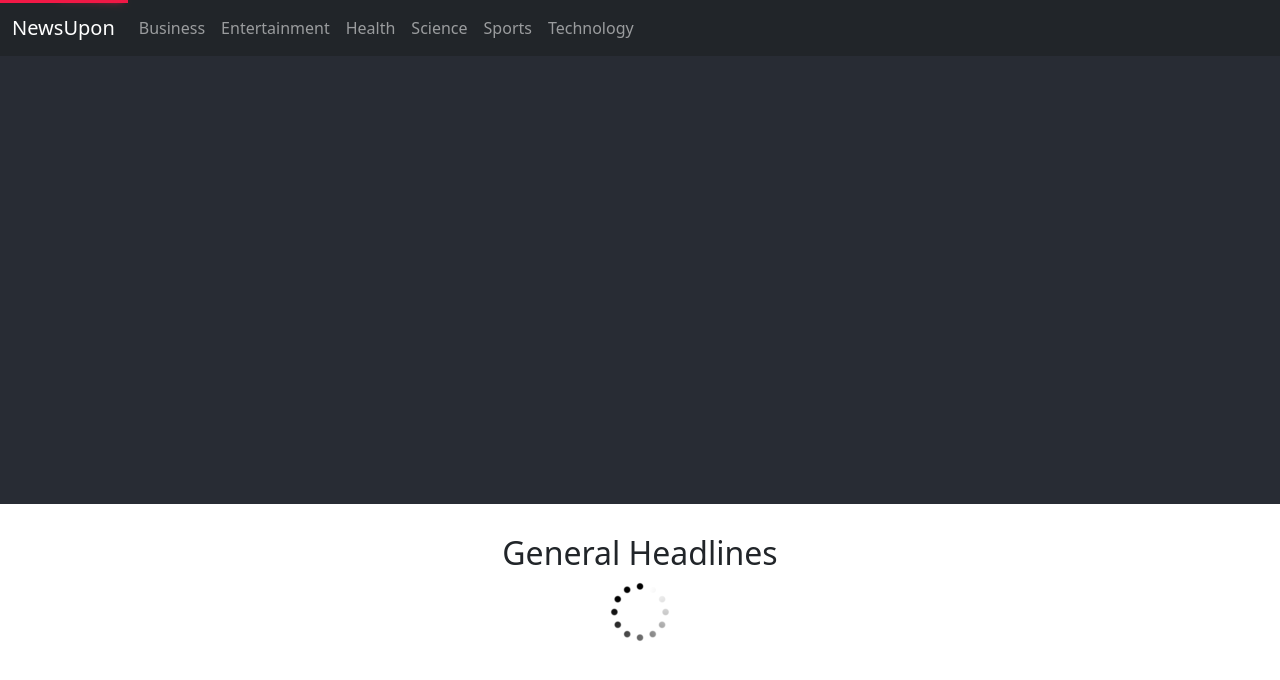
Repository: Akash33253/NewsUpon
Page: /
An editor plug-in stored every save of this project. The page is shown before and after the next save, followed by the edit.
The browser window is 1280 px wide. The pictures show the whole page.
The page's requests for data from a server got no answer. The project was rebuilt for these pictures with package versions that can differ from the ones it lists, and the page was loaded fresh each time. No one was signed in, and anything a server would have sent is missing. Also part of the build but not shown: src/index.css, src/components/NewsItem.js.

Above is the page before, as saved 2022-11-12 22:59:25.

### public/index.html
<!DOCTYPE html>
<html lang="en">
  <head>
    <meta charset="utf-8" />
    <link rel="icon" href="%PUBLIC_URL%/favicon.ico" />
    <meta name="viewport" content="width=device-width, initial-scale=1" />
    <meta name="theme-color" content="#000000" />
    <meta
      name="description"
      content="NewsUpon is a free platform for daily doze of news. You can every type of news here for free."
    />
    <link rel="apple-touch-icon" href="%PUBLIC_URL%/logo192.png" />
    <link rel="manifest" href="%PUBLIC_URL%/manifest.json" />
    <link href="https://cdn.jsdelivr.net/npm/bootstrap@5.2.2/dist/css/bootstrap.min.css" rel="stylesheet" integrity="sha384-Zenh87qX5JnK2Jl0vWa8Ck2rdkQ2Bzep5IDxbcnCeuOxjzrPF/et3URy9Bv1WTRi" crossorigin="anonymous">
    <title>NewsUpon - FreeNews</title>
  </head>
  <body>
    <noscript>You need to enable JavaScript to run this app.</noscript>
    <div id="root"></div>
    <script src="https://cdn.jsdelivr.net/npm/bootstrap@5.2.2/dist/js/bootstrap.bundle.min.js" integrity="sha384-OERcA2EqjJCMA+/3y+gxIOqMEjwtxJY7qPCqsdltbNJuaOe923+mo//f6V8Qbsw3" crossorigin="anonymous"></script>
  </body>
</html>

### src/App.js
import './App.css';
import React,{useState} from 'react'
import Navbar from './components/Navbar';
import News from './components/News';
import LoadingBar from 'react-top-loading-bar'
import {
  BrowserRouter as Router,
  Routes,
  Route
} from "react-router-dom";

export default function App() {
  const country="in"
  const pageSize= 9
  const apiKey = process.env.REACT_APP_NEWS_API
  const [progress,setpro]=useState(0);
  const setProgress=(p)=>{
     setpro(p);
  }
  return (
    <div>
        <Router>
        <Navbar/>
        <LoadingBar
        color='#f11946'
        progress={progress}
        transitionTime={2000}
        shadow={true}
        height={3}
         />
         <Routes>
          <Route  exact path="/" element={<News setProgress={setProgress} apiKey={apiKey} key="1"pageSize={pageSize} country={country} category="general"/>}></Route>
          <Route  exact path="/business" element={<News setProgress={setProgress} apiKey={apiKey} key="2"pageSize={pageSize} country={country} category="business"/>}></Route>
          <Route  exact path="/entertainment" element={<News setProgress={setProgress} apiKey={apiKey} key="3"pageSize={pageSize} country={country} category="entertainment"/>}></Route>
          <Route  exact path="/health" element={<News setProgress={setProgress} apiKey={apiKey} key="4"pageSize={pageSize} country={country} category="health"/>}></Route>
          <Route  exact path="/science" element={<News setProgress={setProgress} apiKey={apiKey} key="5"pageSize={pageSize} country={country} category="science"/>}></Route>
          <Route  exact path="/sports" element={<News setProgress={setProgress} apiKey={apiKey} key="6"pageSize={pageSize} country={country} category="sports"/>}></Route>
          <Route  exact path="/technology" element={<News setProgress={setProgress} apiKey={apiKey} key="7"pageSize={pageSize} country={country} category="technology"/>}></Route>
        </Routes>
        </Router>
      </div>
  )
}

### src/App.css
.App {
  text-align: center;
}

.App-logo {
  height: 40vmin;
  pointer-events: none;
}

@media (prefers-reduced-motion: no-preference) {
  .App-logo {
    animation: App-logo-spin infinite 20s linear;
  }
}

.App-header {
  background-color: #282c34;
  min-height: 100vh;
  display: flex;
  flex-direction: column;
  align-items: center;
  justify-content: center;
  font-size: calc(10px + 2vmin);
  color: white;
}

.App-link {
  color: #61dafb;
}

@keyframes App-logo-spin {
  from {
    transform: rotate(0deg);
  }
  to {
    transform: rotate(360deg);
  }
}

#banner{
  width: 100%;
  height: 70vh;
  background-color: #282c34;
}

### src/components/Navbar.js
import { Link } from 'react-router-dom'
import React from 'react'

export default function Navbar() {
    return (
        <div>
            <nav className="navbar fixed-top navbar-expand-lg bg-dark navbar-dark">
                <div className="container-fluid">
                    <Link className="navbar-brand" to="/">NewsUpon</Link>
                    <button className="navbar-toggler" type="button" data-bs-toggle="collapse" data-bs-target="#navbarSupportedContent" aria-controls="navbarSupportedContent" aria-expanded="false" aria-label="Toggle navigation">
                        <span className="navbar-toggler-icon"></span>
                    </button>
                    <div className="collapse navbar-collapse" id="navbarSupportedContent">
                        <ul className="navbar-nav me-auto mb-2 mb-lg-0">
                            <li className="nav-item">
                                <Link Link className="nav-link" aria-current="page" to="/business">Business</Link>
                            </li>
                            <li className="nav-item">
                                <Link Link className="nav-link" aria-current="page" to="/entertainment">Entertainment</Link>
                            </li>
                            <li className="nav-item">
                                <Link Link className="nav-link" aria-current="page" to="/health">Health</Link>
                            </li>
                            <li className="nav-item">
                                <Link Link className="nav-link" aria-current="page" to="/science">Science</Link>
                            </li>
                            <li className="nav-item">
                                <Link Link className="nav-link" aria-current="page" to="/sports">Sports</Link>
                            </li>
                            <li className="nav-item">
                                <Link Link className="nav-link" aria-current="page" to="/technology">Technology</Link>
                            </li>
                        </ul>
                    </div>

                </div>
            </nav>
        </div>
    )
}

### src/components/News.js
import React,{useEffect,useState} from 'react'
import NewsItem from "./NewsItem";
import Spinner from "./Spinner";
import Banner from "./Banner"
import InfiniteScroll from "react-infinite-scroll-component";

export default function News(props) {
  const [article,setArticle]=useState([]);
  const [loading,setloading]=useState(true);
  const [page,setpage]=useState(1);
  const [totalResults,settotalResults]=useState(0);
  const capitalizeFirstLetter = (string)=> {
    return string.charAt(0).toUpperCase() + string.slice(1);
  }
  const updateNews = async()=>{
    props.setProgress(10)
    const url = `https://newsapi.org/v2/top-headlines?country=${props.country}&category=${props.category}&apiKey=${props.apiKey}&page=${page}&pageSize=${props.pageSize}`;
    setloading(true);
     let data = await fetch(url);
     props.setProgress(30)
     let parsedData = await data.json();
     props.setProgress(60)
     setArticle(parsedData.articles);
     settotalResults(parsedData.totalResults);
     setloading(false)
     props.setProgress(100)
   }
   const fetchMoreData =async () => {
    setpage(page+1)
    const url = `https://newsapi.org/v2/top-headlines?country=${props.country}&category=${props.category}&apiKey=${props.apiKey}&page=${page+1}&pageSize=${props.pageSize}`;
    let data = await fetch(url);
    let parsedData = await data.json();
    setArticle(article.concat(parsedData.articles))
    setloading(false)
  };
  useEffect(()=>{
    updateNews();
  },[])
  return (
    <>
      <Banner/>
     <div className="container my-3">
        <h2 className='text-center' style={{marginTop:"30px"}}>{capitalizeFirstLetter(props.category)} Headlines</h2>
      {loading&&<Spinner/>}
        <InfiniteScroll
          dataLength={article.length}
          next={fetchMoreData}
          hasMore={article.length!==totalResults}
          loader={<Spinner/>}
          >
        <div className="container">

        <div className="row">
          {!loading&&article.map((element) => {
            return <div className="col-md-4 my-2" key={element.url}>
                    <NewsItem
                    newsURL={element.url}
                    title={element.title?element.title.slice(0,45):""}
                    description={element.description?element.description.slice(0,88):""}
                    imgURL={element.urlToImage?element.urlToImage:"https://thumbs.dreamstime.com/b/tv-studio-live-broadcasting-recording-show-tv-news-program-studio-video-camera-lens-lights-positioned-stage-big-68406890.jpg"}
                    publishedAt={element.publishedAt?element.publishedAt:"- - - -"}
                    author={element.author?element.author:"Uknown"}
                    source={element.source.name?element.source.name:"Nil"}
                    />
                 </div>
          })}
        </div>
        </div>
          </InfiniteScroll>
      </div>
    </>
  )
}

### src/components/Spinner.js
import loading from './loading.gif'
import React from 'react'

export default function Spinner() {
  return (
    <div style={{display:"flex",justifyContent:"center"}}>
      <img src={loading} alt="loading" />
    </div>
  )
}

### src/components/Banner.js
import React from 'react'

export default function Banner() {
  return (
    <div id="banner">

    </div>
  )
}

Loaded but not shown: src/index.js (common file); src/reportWebVitals.js (common file); src/index.css (no copy from this time; the picture is the same without it)

After the next save:
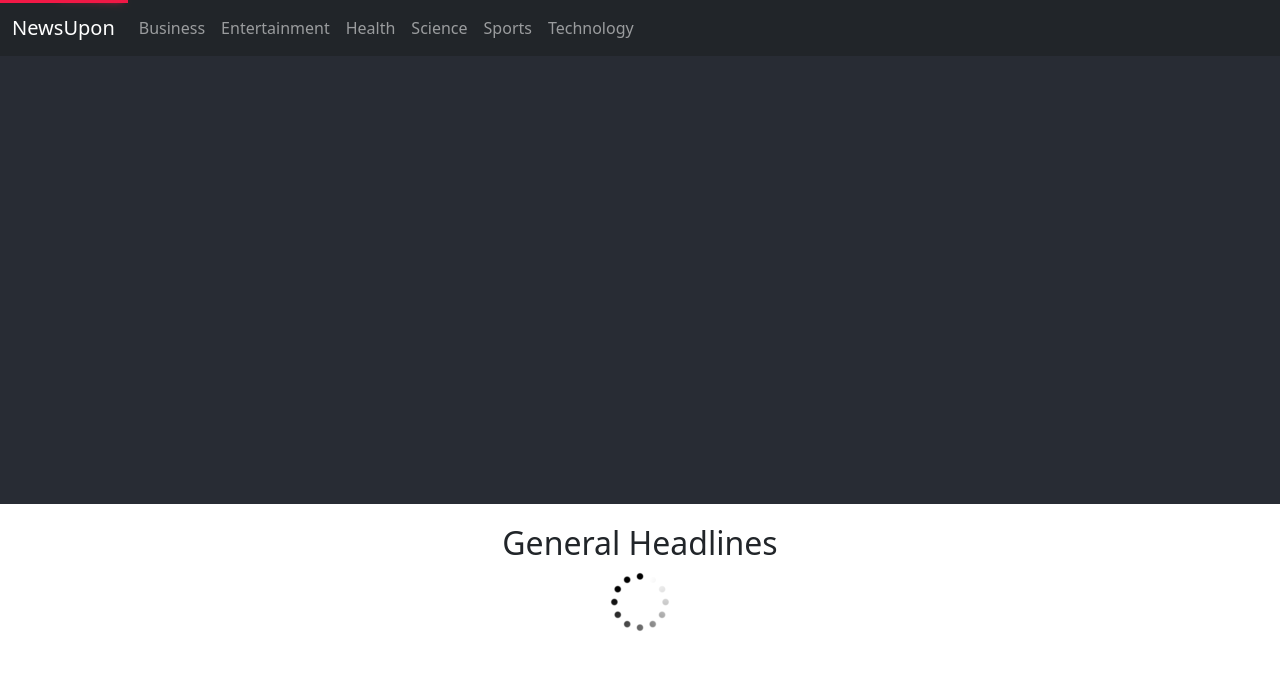
Saved 8 s later.
--- a/src/components/News.js
+++ b/src/components/News.js
@@ -40,7 +40,7 @@ export default function News(props) {
     <>
       <Banner/>
      <div className="container my-3">
-        <h2 className='text-center' style={{marginTop:"30px"}}>{capitalizeFirstLetter(props.category)} Headlines</h2>
+        <h2 className='text-center' style={{marginTop:"20px"}}>{capitalizeFirstLetter(props.category)} Headlines</h2>
       {loading&&<Spinner/>}
         <InfiniteScroll
           dataLength={article.length}
